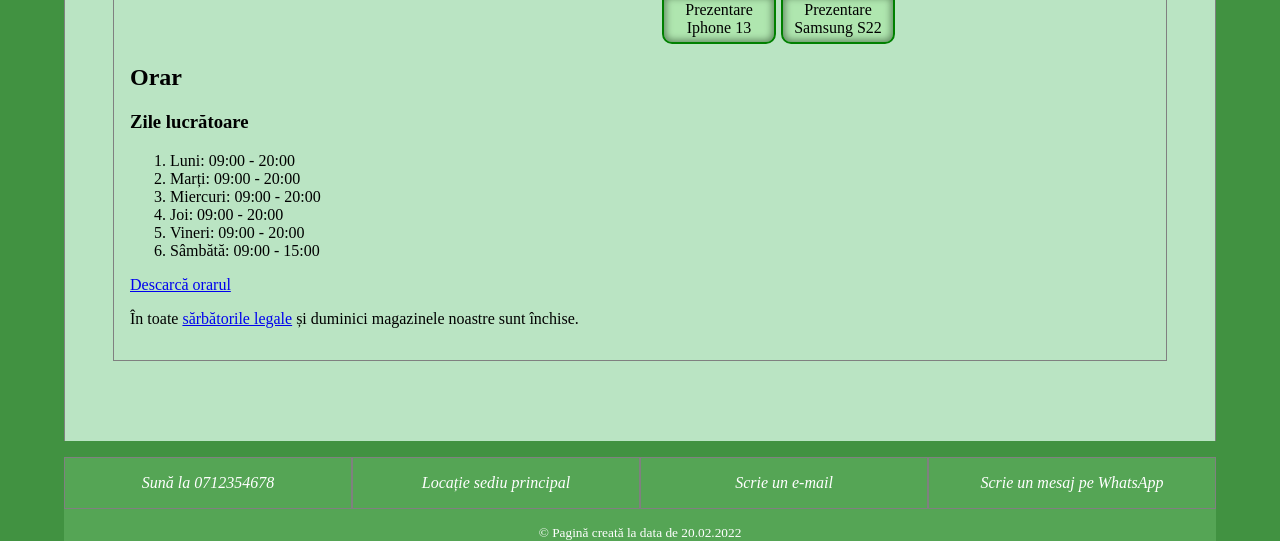
Repository: alexbanilean/Proiect-TW---ElectroHub
Page: index.html
The author's editor kept a copy of each file at every save. The page is drawn from the files as they stood at one save, then again after the next save.
The browser window is 1280 px wide. The pictures show the part of the page from y = 3438 to 3979 px (the page is 3979 px tall before and 3963 px after).

Above is the page before, as saved 2022-03-06 19:14:20.

### index.html
<!DOCTYPE html>
<html lang="ro">
    <head>

        <meta charset="utf-8">
        <meta name="description" content="Universul electronicelor și electrocasnicelor la cele mai bune prețuri.">
        <meta name="keywords" content="electronice, electrocasnice, telefoane, tablete, jocuri, televizoare, smartphone">
        <meta name="author" content="Alexandru Bănilean">

        <title>ElectroHub</title>

        <link rel="apple-touch-icon" sizes="180x180" href="./resurse/ico/apple-touch-icon.png">
        <link rel="icon" type="image/png" sizes="32x32" href="./resurse/ico/favicon-32x32.png">
        <link rel="icon" type="image/png" sizes="16x16" href="./resurse/ico/favicon-16x16.png">
        <link rel="manifest" href="./resurse/ico/site.webmanifest">
        <link rel="mask-icon" href="./resurse/ico/safari-pinned-tab.svg" color="#5bbad5">
        <link rel="shortcut icon" href="./resurse/ico/favicon.ico">
        <meta name="msapplication-TileColor" content="#da532c">
        <meta name="msapplication-config" content="./resurse/ico/browserconfig.xml">
        <meta name="theme-color" content="#ffffff">

        <link rel="stylesheet" href="./resurse/css/general.css" type="text/css"/>
        <link rel="stylesheet" href="./resurse/css/general-1200.css" type="text/css" media="screen and (max-width:1200px)"/>
        <link rel="stylesheet" href="./resurse/css/general-500.css" type="text/css" media="screen and (max-width:500px)"/>
        <link rel="stylesheet" href="./resurse/css/nav.css" type="text/css"/>
        <link rel="stylesheet" href="./resurse/css/nav-500.css" type="text/css" media="screen and (max-width:500px)"/>

        <link rel="stylesheet" href="https://use.fontawesome.com/releases/v6.0.0/css/all.css">
        <link rel="preconnect" href="https://fonts.gstatic.com">
        <link href="https://fonts.googleapis.com/css?family=Montserrat" rel="stylesheet"/>

    </head>
    <body>
        <header>
            <h1>ElectroHub</h1>
        </header>

        <nav>

            <label id="hamburger" for="ch-menu">
                <img src="./resurse/imagini/hamburger_icon_alb.png" alt="menu">
            </label>
            <input id="ch-menu" type="checkbox">

            <ul class="meniu">
                <li><div class="home-button"><span class="text-home-button">Acasă</span></div>
                    <ul>
                        <li><a href="#welcome">Bine ați venit!</a></li>
                        <li><a href="#orar">Orar</a></li>
                    </ul>
                </li>
                <li><div>Despre</div>
                    <ul>
                        <li><a href="despre.html#prezentare">Prezentare</a></li>
                        <li><a href="despre.html#istoric">Istoric</a></li>
                        <li><a href="despre.html#galerie">Galerie</a></li>
                    </ul>
                </li>
                <li><div>Produse</div>
                    <ul>
                        <li><a href="#">Toate</a></li>
                        <li><a href="#">Telefoane & Tablete</a></li>
                        <li><a href="#">Laptop & Desktop</a></li>
                        <li><a href="#">TV</a></li>
                        <li><a href="#">Audio-Video & Foto</a></li>
                        <li><a href="#">Periferice</a></li>
                        <li><a href="#">Gaming, Jocuri</a></li>
                        <li><a href="#">Electrocasnice mari</a></li>
                        <li><a href="#">Electrocasnice mici</a></li>
                        <li><a href="#">Îngrijire personală</a></li>
                    </ul>
                </li>
                <li><a href="suport_clienti.html">Suport clienți</a></li>
                <li><a href="contact.html">Contact</a></li>
            </ul>
        </nav>

        <main>
            <div id="grid-pagina">
                <section id="welcome">
                    <h2>Bine ați venit!</h2>
                    <p>ElectroHub România reprezintă cel mai mare furnizor de tehnologie la nivel național,
                        oferind clienților toate produsele <b>electronice</b> și <b>electrocasnice</b> necesare, împreună cu servicii de calitate,
                        dar și tehnică de ultimă generație, de la cele mai noi <b>televizoare</b> numai bune pentru a te relaxa, până la <b>telefoane</b> mobile,
                        <b>tablete</b> și <b>jocuri</b> pentru a-i face fericiți pe cei mici și nu numai.</p>
                    <p>Scopurile urmărite de compania noastră sunt:</p>
                    <ol>
                        <li>Asigurarea serviciilor de calitate clienților noștri</li>
                        <li>Eficiență și rapiditate</li>
                        <li>Oferirea unei game variate de produse</li>
                        <li><q lang="ro" cite="https://www.postmodern.ro/articol/citate-despre-succes/">Când totul pare că e împotriva ta, amintește-ți că avioanele decolează întotdeauna împotriva vântului.</q></li>
                    </ol>

                    <figure>
                        <img sizes="(min-width:1200px) 1280px, (min-width:600px) 640px, 200px"
                            srcset="./resurse/imagini/online_shopping_large.jpg 1280w,
                                    ./resurse/imagini/online_shopping_medium.jpg 640w,
                                    ./resurse/imagini/online_shopping_small.jpg 200w"
                            src="./resurse/imagini/online_shopping_medium.jpg"
                            alt="online_shopping"
                            class="imagine_client"/>
                        <figcaption>Servicii de <em>calitate</em> și clienți mulțumiți</figcaption>
                    </figure>

                </section>

                <section id="tabel">
                    <p>Lorem ipsum dolor sit amet, consectetur adipiscing elit. Nullam aliquam odio vitae purus sagittis congue. Nullam eu facilisis felis. Suspendisse dapibus, leo id hendrerit convallis, dolor eros condimentum augue, eu luctus felis dolor sed odio. Phasellus congue tincidunt lectus, quis laoreet nibh. Nam ac nulla aliquet, dapibus eros non, dictum nulla. Donec mollis, nunc vel fringilla condimentum, enim orci varius ante, sed rutrum lectus risus et quam. Sed suscipit ac eros nec placerat. Aliquam quis urna id orci eleifend eleifend ut in sem. Fusce facilisis tristique tellus at fermentum.
                       Sed scelerisque malesuada felis eget luctus. In consectetur et lectus vel maximus. Morbi accumsan magna sed orci lobortis imperdiet. Nam sit amet risus vel lectus maximus accumsan vitae at metus. Ut convallis nisi vel tortor placerat varius. Sed pulvinar felis quis magna bibendum convallis. Praesent at arcu eget turpis viverra varius ut vel elit. Nulla cursus faucibus magna, vitae laoreet magna feugiat sit amet. Pellentesque dictum mauris lacinia, elementum tellus vitae, interdum velit. Nullam a commodo nibh. Aenean ultricies venenatis mauris. Pellentesque vel scelerisque felis. Cras gravida, sem nec laoreet bibendum, leo sapien dignissim massa, et ullamcorper sapien purus cursus ex. Phasellus consequat fringilla enim, non aliquam velit egestas lobortis.</p>
                </section>

                <section id="calendar">
                    <p>Lorem ipsum dolor sit amet, consectetur adipiscing elit. Nullam aliquam odio vitae purus sagittis congue. Nullam eu facilisis felis. Suspendisse dapibus, leo id hendrerit convallis, dolor eros condimentum augue, eu luctus felis dolor sed odio. Phasellus congue tincidunt lectus, quis laoreet nibh. Nam ac nulla aliquet, dapibus eros non, dictum nulla. Donec mollis, nunc vel fringilla condimentum, enim orci varius ante, sed rutrum lectus risus et quam. Sed suscipit ac eros nec placerat. Aliquam quis urna id orci eleifend eleifend ut in sem. Fusce facilisis tristique tellus at fermentum.
                        Sed scelerisque malesuada felis eget luctus. In consectetur et lectus vel maximus. Morbi accumsan magna sed orci lobortis imperdiet. Nam sit amet risus vel lectus maximus accumsan vitae at metus. Ut convallis nisi vel tortor placerat varius. Sed pulvinar felis quis magna bibendum convallis. Praesent at arcu eget turpis viverra varius ut vel elit. Nulla cursus faucibus magna, vitae laoreet magna feugiat sit amet. Pellentesque dictum mauris lacinia, elementum tellus vitae, interdum velit. Nullam a commodo nibh. Aenean ultricies venenatis mauris. Pellentesque vel scelerisque felis. Cras gravida, sem nec laoreet bibendum, leo sapien dignissim massa, et ullamcorper sapien purus cursus ex. Phasellus consequat fringilla enim, non aliquam velit egestas lobortis.</p>
                </section>

                <section id="anunturi">
                    <p>Lorem ipsum dolor sit amet, consectetur adipiscing elit. Nullam aliquam odio vitae purus sagittis congue. Nullam eu facilisis felis. Suspendisse dapibus, leo id hendrerit convallis, dolor eros condimentum augue, eu luctus felis dolor sed odio. Phasellus congue tincidunt lectus, quis laoreet nibh. Nam ac nulla aliquet, dapibus eros non, dictum nulla. Donec mollis, nunc vel fringilla condimentum, enim orci varius ante, sed rutrum lectus risus et quam. Sed suscipit ac eros nec placerat. Aliquam quis urna id orci eleifend eleifend ut in sem. Fusce facilisis tristique tellus at fermentum.
                        Sed scelerisque malesuada felis eget luctus. In consectetur et lectus vel maximus. Morbi accumsan magna sed orci lobortis imperdiet. Nam sit amet risus vel lectus maximus accumsan vitae at metus. Ut convallis nisi vel tortor placerat varius. Sed pulvinar felis quis magna bibendum convallis. Praesent at arcu eget turpis viverra varius ut vel elit. Nulla cursus faucibus magna, vitae laoreet magna feugiat sit amet. Pellentesque dictum mauris lacinia, elementum tellus vitae, interdum velit. Nullam a commodo nibh. Aenean ultricies venenatis mauris. Pellentesque vel scelerisque felis. Cras gravida, sem nec laoreet bibendum, leo sapien dignissim massa, et ullamcorper sapien purus cursus ex. Phasellus consequat fringilla enim, non aliquam velit egestas lobortis.</p>
                </section>

                <section id="users-list">
                    <p>Lorem ipsum dolor sit amet, consectetur adipiscing elit. Nullam aliquam odio vitae purus sagittis congue. Nullam eu facilisis felis. Suspendisse dapibus, leo id hendrerit convallis, dolor eros condimentum augue, eu luctus felis dolor sed odio. Phasellus congue tincidunt lectus, quis laoreet nibh. Nam ac nulla aliquet, dapibus eros non, dictum nulla. Donec mollis, nunc vel fringilla condimentum, enim orci varius ante, sed rutrum lectus risus et quam. Sed suscipit ac eros nec placerat. Aliquam quis urna id orci eleifend eleifend ut in sem. Fusce facilisis tristique tellus at fermentum.
                        Sed scelerisque malesuada felis eget luctus. In consectetur et lectus vel maximus. Morbi accumsan magna sed orci lobortis imperdiet. Nam sit amet risus vel lectus maximus accumsan vitae at metus. Ut convallis nisi vel tortor placerat varius. Sed pulvinar felis quis magna bibendum convallis. Praesent at arcu eget turpis viverra varius ut vel elit. Nulla cursus faucibus magna, vitae laoreet magna feugiat sit amet. Pellentesque dictum mauris lacinia, elementum tellus vitae, interdum velit. Nullam a commodo nibh. Aenean ultricies venenatis mauris. Pellentesque vel scelerisque felis. Cras gravida, sem nec laoreet bibendum, leo sapien dignissim massa, et ullamcorper sapien purus cursus ex. Phasellus consequat fringilla enim, non aliquam velit egestas lobortis.</p>
                </section>

                <section id="statistici">
                    <p>Lorem ipsum dolor sit amet, consectetur adipiscing elit. Nullam aliquam odio vitae purus sagittis congue. Nullam eu facilisis felis. Suspendisse dapibus, leo id hendrerit convallis, dolor eros condimentum augue, eu luctus felis dolor sed odio. Phasellus congue tincidunt lectus, quis laoreet nibh. Nam ac nulla aliquet, dapibus eros non, dictum nulla. Donec mollis, nunc vel fringilla condimentum, enim orci varius ante, sed rutrum lectus risus et quam. Sed suscipit ac eros nec placerat. Aliquam quis urna id orci eleifend eleifend ut in sem. Fusce facilisis tristique tellus at fermentum.
                        Sed scelerisque malesuada felis eget luctus. In consectetur et lectus vel maximus. Morbi accumsan magna sed orci lobortis imperdiet. Nam sit amet risus vel lectus maximus accumsan vitae at metus. Ut convallis nisi vel tortor placerat varius. Sed pulvinar felis quis magna bibendum convallis. Praesent at arcu eget turpis viverra varius ut vel elit. Nulla cursus faucibus magna, vitae laoreet magna feugiat sit amet. Pellentesque dictum mauris lacinia, elementum tellus vitae, interdum velit. Nullam a commodo nibh. Aenean ultricies venenatis mauris. Pellentesque vel scelerisque felis. Cras gravida, sem nec laoreet bibendum, leo sapien dignissim massa, et ullamcorper sapien purus cursus ex. Phasellus consequat fringilla enim, non aliquam velit egestas lobortis.</p>
                </section>

                <section id="date-site">
                    <p>Lorem ipsum dolor sit amet, consectetur adipiscing elit. Nullam aliquam odio vitae purus sagittis congue. Nullam eu facilisis felis. Suspendisse dapibus, leo id hendrerit convallis, dolor eros condimentum augue, eu luctus felis dolor sed odio. Phasellus congue tincidunt lectus, quis laoreet nibh. Nam ac nulla aliquet, dapibus eros non, dictum nulla. Donec mollis, nunc vel fringilla condimentum, enim orci varius ante, sed rutrum lectus risus et quam. Sed suscipit ac eros nec placerat. Aliquam quis urna id orci eleifend eleifend ut in sem. Fusce facilisis tristique tellus at fermentum.
                        Sed scelerisque malesuada felis eget luctus. In consectetur et lectus vel maximus. Morbi accumsan magna sed orci lobortis imperdiet. Nam sit amet risus vel lectus maximus accumsan vitae at metus. Ut convallis nisi vel tortor placerat varius. Sed pulvinar felis quis magna bibendum convallis. Praesent at arcu eget turpis viverra varius ut vel elit. Nulla cursus faucibus magna, vitae laoreet magna feugiat sit amet. Pellentesque dictum mauris lacinia, elementum tellus vitae, interdum velit. Nullam a commodo nibh. Aenean ultricies venenatis mauris. Pellentesque vel scelerisque felis. Cras gravida, sem nec laoreet bibendum, leo sapien dignissim massa, et ullamcorper sapien purus cursus ex. Phasellus consequat fringilla enim, non aliquam velit egestas lobortis.</p>
                </section>

                <section id="random">

                    <details>
                        <summary>Categorii de produse</summary>
                        <ol>
                            <li>Telefoane & Tablete</li>
                            <li>Laptop & Desktop</li>
                            <li>TV, Audio-Video & Foto</li>
                            <li>Periferice</li>
                            <li>Gaming, Jocuri</li>
                            <li>Electrocasnice mari</li>
                            <li>Electrocasnice mici</li>
                            <li>Îngrijire personală</li>
                        </ol>
                    </details>

                    <details>
                        <summary>Întrebări frecvente</summary>
                        <ol>
                            <li>Cum cumpăr?</li>
                            <li>Cum pot returna un produs?</li>
                            <li>Cum aflu dacă produsul meu este sau nu în garanție?</li>
                        </ol>
                    </details>

                    <section id="prezentari">
                        <h2>Prezentari</h2>
                        <p>Aici puteti vedea cele mai noi telefoane ale momentului prezentate profesionist.</p>

                        <div class="video-prezentari">
                            <div id="container-iframe">
                                <iframe name="ifr-video" width="560" height="315" src="https://www.youtube.com/embed/Awu6ZyfDeeQ"
                                allow="accelerometer; autoplay; clipboard-write; encrypted-media; gyroscope; picture-in-picture" allowfullscreen></iframe>
                            </div>

                             <div class="taburi-iframe">
                                <a href="https://www.youtube.com/embed/Awu6ZyfDeeQ" target="ifr-video">Prezentare Iphone 13</a>
                                <a href="https://www.youtube.com/embed/XTiu4o0PCxY" target="ifr-video">Prezentare Samsung S22</a>
                            </div>
                        </div>



                    </section>

                    <section id="orar">
                        <h2>Orar</h2>
                        <section>
                            <h3>Zile lucrătoare</h3>
                            <ol>
                                <li>Luni: 09:00 - 20:00</li>
                                <li>Marți: 09:00 - 20:00</li>
                                <li>Miercuri: 09:00 - 20:00</li>
                                <li>Joi: 09:00 - 20:00</li>
                                <li>Vineri: 09:00 - 20:00</li>
                                <li>Sâmbătă: 09:00 - 15:00</li>
                            </ol>

                            <a href="./resurse/imagini/orar.jpg" download="orar_ElectroHub_2022">Descarcă orarul</a>

                            <p>În toate <a href="https://www.zileliberelegale.ro/zile-libere-2022">sărbătorile legale</a> și duminici magazinele noastre sunt închise.</p>
                        </section>
                    </section>
                </section>
            </div>
        </main>

        <footer>
            <address>
                <a href="tel:+40712354678">Sună la 0712354678</a>
                <a href="https://www.google.com/maps/place/Faculty+of+Mathematics+and+Informatics+-+University+of+Bucharest/@44.4355355,26.0995867,15z/data=!4m5!3m4!1s0x0:0x493984726f0235f9!8m2!3d44.4355355!4d26.0995867">Locație sediu principal</a><br/>
                <a href="mailto::clienti.electrohub@gmail.com">Scrie un e-mail</a>
                <a href="https://api.whatsapp.com/send?phone=40712354678">Scrie un mesaj pe WhatsApp</a>
            </address>

            <a href="#" id="link-top"><div class="tooltip"><span class="tooltiptext">Înapoi în partea de sus a paginii</span></div></a>

            <p class="copyright-info"><small>&copy; Pagină creată la data de <time datetime="2022-02-20">20.02.2022</time></small></p>
        </footer>
    </body>
</html>

### resurse/css/general.css
html{
    font-size: 16px;
}

body{


    --c1-text: black;
}

body{
    --body-padding: 4rem;
    --pading-intern: 3rem;

    margin-top: 0;
    margin-bottom: 0;
    margin-left: 0;
    margin-right: 0;

    padding-top: 0;
    padding-bottom: 0;
    padding-left: var(--body-padding);
    padding-right: var(--body-padding);

    background-color: rgb(65, 146, 65);
    background-attachment: fixed;

    min-width: 330px;
}

h1{
    font-size: 3rem;
    font-family: 'Montserrat';
    color: white;
}

main{
    --main-border: 1px solid grey;

    background-color: rgb(186, 228, 195);
    border-left: var(--main-border);
    border-right: var(--main-border);
    padding-bottom: 2rem;

    overflow: hidden;
}

#grid-pagina{
    display: grid;

    grid-template-areas:
                        "zona-1 zona-1 zona-1 zona-1"
                        "zona-5 zona-6 zona-6 zona-7"
                        "zona-3 zona-3 zona-2 zona-2"
                        "zona-4 zona-4 zona-2 zona-2"
                        "zona-8 zona-8 zona-8 zona-8";
    grid-template-columns: 1fr 1fr 1fr 1fr;
    padding: var(--pading-intern);
    grid-gap: 1rem;
}

#grid-pagina>section{
    border: 1px solid grey;
    padding: 1rem;
}

#welcome{
    grid-area: zona-1;
}

#welcome .imagine_client{
    width: 100%;
    margin-left: auto;
    margin-right: auto;
}

#welcome figcaption{
    width: 100%;
    text-align: center;
}

#tabel{
    grid-area: zona-2;
}

#calendar{
    grid-area: zona-3;
}

#anunturi{
    grid-area: zona-4;
}

#users-list{
    grid-area: zona-5;
}

#statistici{
    grid-area: zona-6;
}

#date-site{
    grid-area: zona-7;
}

#random{
    grid-area: zona-8;
}

footer{
    background-color: rgb(85, 165, 85);
    color: white;
}

footer>address{
    display: flex;
    flex-direction: row;
    margin-top: 1rem;
    margin-bottom: 1rem;
}

footer>address a{
    text-align: center;
    text-decoration: none;
    text-decoration-style: none;
    color: white;

    border: 1px solid grey;

    width: 25%;
    margin: 0;
    padding: 1rem;
}

footer>.copyright-info{
    display: flex;
    flex-direction: row;
    justify-content: center;
    align-items: center;
    margin: 0;
}

/* Iframe + taburi */

.video-prezentari{
    position: relative;
    display: flex;
    flex-direction: column;
    align-items: center;
    align-content: center;
    min-width: 300px;
    width: 75%;
}

#container-iframe{
    box-sizing: border-box;
    display: flex;
    position: relative;
    padding-bottom: 56.25%;
    height: 0;
    width: 100%;
}

#container-iframe iframe{
    border: 4px solid green;
    padding: 0;
    top: 0;
    left: 0;
    position: absolute;
    width: 100%;
    height: 100%;
}

.taburi-iframe{
    display: flex;
    flex-direction: row;
    justify-content: right;
    align-items: center;
    width: 100%;

}

.taburi-iframe a{
    text-decoration: none;
    width: 100px;

    display: inline-block;
    border: 2px solid green;
    border-top: 4px solid green;

    border-bottom-left-radius: 10px;
    border-bottom-right-radius: 10px;
    background-color: rgb(175, 230, 175);
    color: black;

    transition: all 300ms linear;
    text-align: center;
    vertical-align: top;
    padding: 5px;

    box-shadow: 0px 0px 7px 2px inset rgb(98, 138, 98);
}

.taburi-iframe a+a{
    margin-left: 5px;

}

.taburi-iframe a:hover{
    background-color: white;
    box-shadow: none;
}

/* Link-top */

#link-top::before{
    content:'\01F839';
    font-size: 2rem;
    display: flex;
    flex-direction: column;
    justify-content: center;
    color: green;
    margin: 0;
    padding: 0;
    width: 100%;
    height: 100%;
    position: absolute;

    transform: scale(1);
    transition: 400ms linear;
    transform-origin: center center;
}

#link-top:hover::before{
    transform: scale(1.5);
    transition: 400ms linear;
    transform-origin: center center;
}

#link-top{
    position: fixed;
    display: flex;
    opacity: 0.5;

    bottom: 1rem;
    right: 1rem;
    width: 2.5rem;
    height: 2.3rem;
    background-color: white;
    border-top-left-radius: 50%;
    border-top-right-radius: 50%;
    border: 1px solid grey;
    box-shadow: 0px 0px 8px inset rgb(116, 115, 115);
    overflow: hidden;

    text-decoration: none;
    text-align: center;
}

#link-top:hover{
    opacity: 1;
    box-shadow: 0px 0px 15px inset rgb(116, 115, 115);
    transition: 400ms linear;
}


#link-top>.tooltip{
    bottom: 1rem;
    right: 1rem;
    width: 2.5rem;
    height: 2.3rem;
    position: fixed;
}

.tooltip>.tooltiptext{
    visibility: hidden;
    display: inline-block;
    width: 250px;
    background-color: white;
    color: black;
    text-align: center;
    border-radius: 10px;
    padding: 5px;

    position: absolute;
    z-index: 1;
    bottom: 0;
    right: 110%;
}

#link-top:hover>.tooltip>.tooltiptext{
    visibility: visible;
}

### resurse/css/general-1200.css
html{
    font-size: 14px;
}

body{
    --body-padding: 1.5rem;
    margin: 0;
}

#link-top{
    right: 1.7rem;
}

#link-top>.tooltip{
    right: 1.8rem;
}

nav>ul.meniu>li>div.home-button>.text-home-button{
    display: none;
}

nav>ul.meniu>li>div.home-button::before{
    padding-right: 0;
}

### resurse/css/general-500.css
html{
    font-size: 10px;
}

body{
    --body-padding: 0;
}

h1{
    text-align: center;
}

#grid-pagina{
    display: block;
}

section{
    margin-top: 1rem;
}

.taburi-iframe a{
    text-decoration: none;
    width: 75px;
}

#link-top{
    right: 0.3rem;
}

#link-top>.tooltip{
    right: 0.4rem;
}

### resurse/css/nav-500.css
#hamburger{
    display: block;
}

ul.meniu{
    display: none;
    position: absolute;
    width: 100%;
}

/* aparitie meniu */

#ch-menu:checked+ul.meniu{
    display: block;
    z-index: 2;
    position: absolute;
    transform-origin: 0 0;

    animation-name: aparitie_meniu;
    animation-iteration-count: 1;
    animation-timing-function: linear;
    animation-fill-mode: forwards;
    animation-duration: 300ms;
}

#ch-menu:checked+ul.meniu>li>div, #ch-menu:checked+ul.meniu>li>a{
    z-index: 2;
    position: relative;
}

/* display over content meniu */

nav ul.meniu li{
    width: 100%;
}

nav ul.meniu>li ul{
    position: absolute;
    width: 100%;
    z-index: 200;
}

#ch-menu:checked+ul.meniu>li ul>*{
    position: relative;
    z-index: 200;
}

nav ul.meniu>li:hover>ul{
    z-index: 200;
    animation: none;
}

/* modificari sageata + boxshadow */

nav ul.meniu>li:hover>ul li a::before{
    content: none;
}

nav ul.meniu>li:hover>ul li a:hover::before{
    animation: none;
    content: none;
}

ul.meniu>li :hover{
    box-shadow: 1px 1px 5px 1px inset white, -1px -1px 5px 1px inset white;
}

@keyframes aparitie_meniu{
    0%{transform: scale(0,0);}
    100%{transform: scale(1,1);}
}

Loaded but not shown: resurse/css/nav.css (124 lines, source omitted)

After the next save:
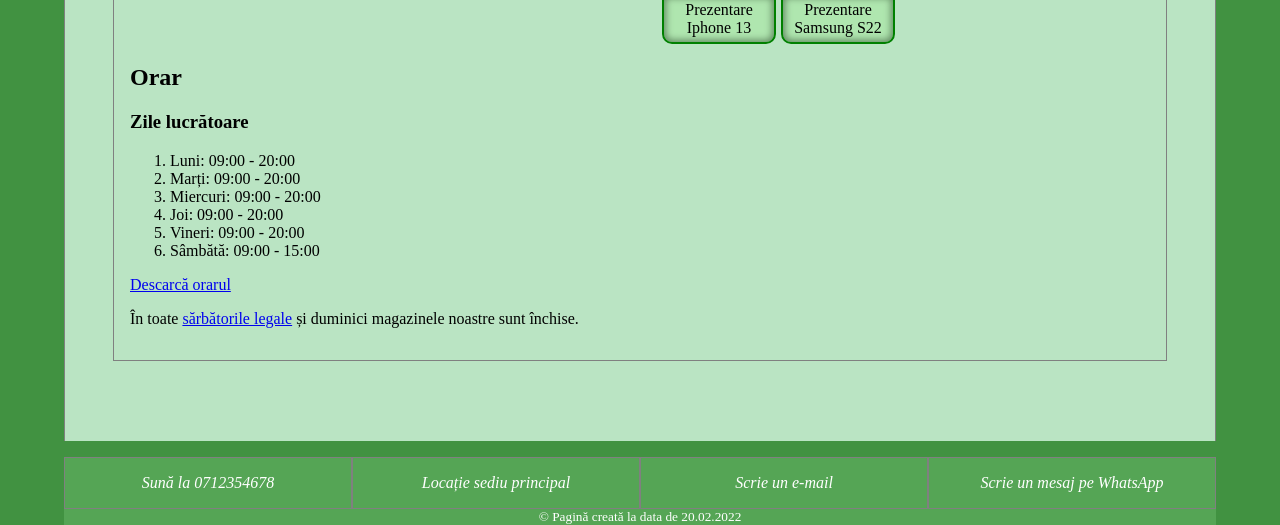
Saved 31 s later.
--- a/resurse/css/general.css
+++ b/resurse/css/general.css
@@ -116,7 +116,6 @@ footer>address{
     display: flex;
     flex-direction: row;
     margin-top: 1rem;
-    margin-bottom: 1rem;
 }
 
 footer>address a{
